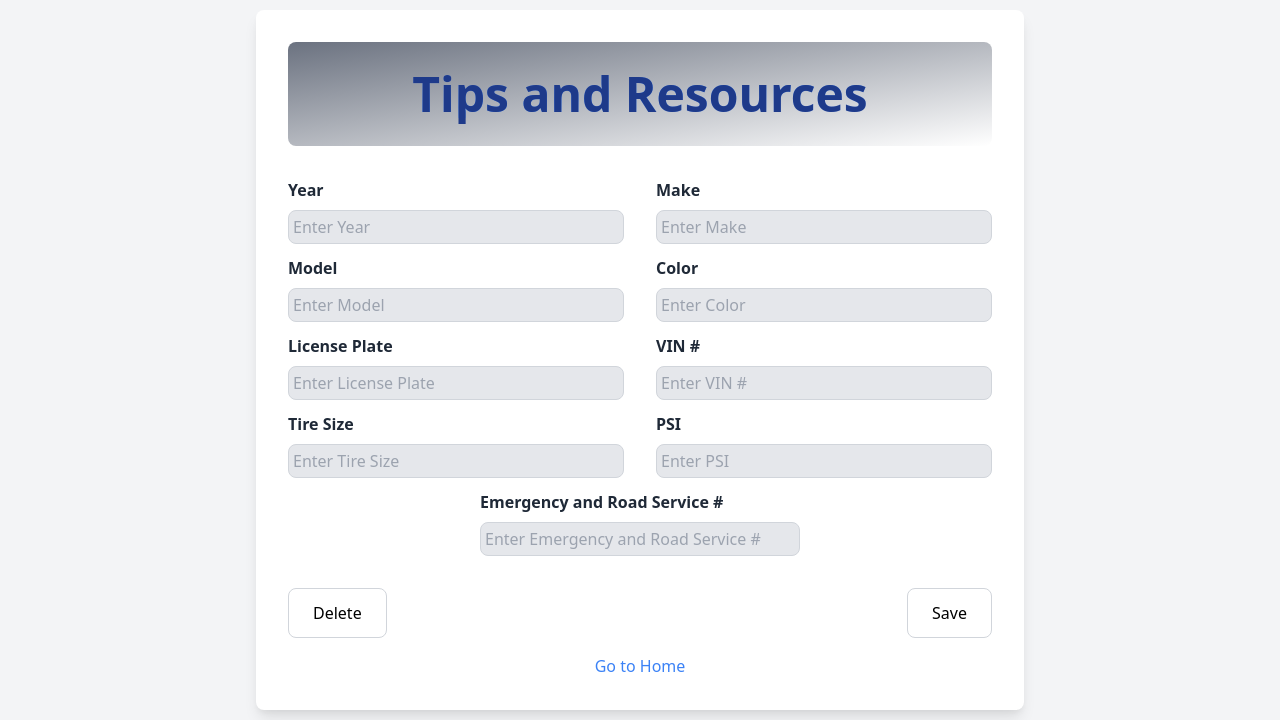
Repository: MercyB19/Russaw_Mercy_Adulting-101_Capstone
Page: Didyouknow.html
The author's editor kept a copy of each file at every save. The page is drawn from the files as they stood at one save, then again after the next save.
The browser window is 1280 px wide. The pictures show the whole page.
Some web fonts or font styles are not loaded; a fallback is used.

Above is the page before, as saved 2024-09-14 00:03:12.

After the next save:
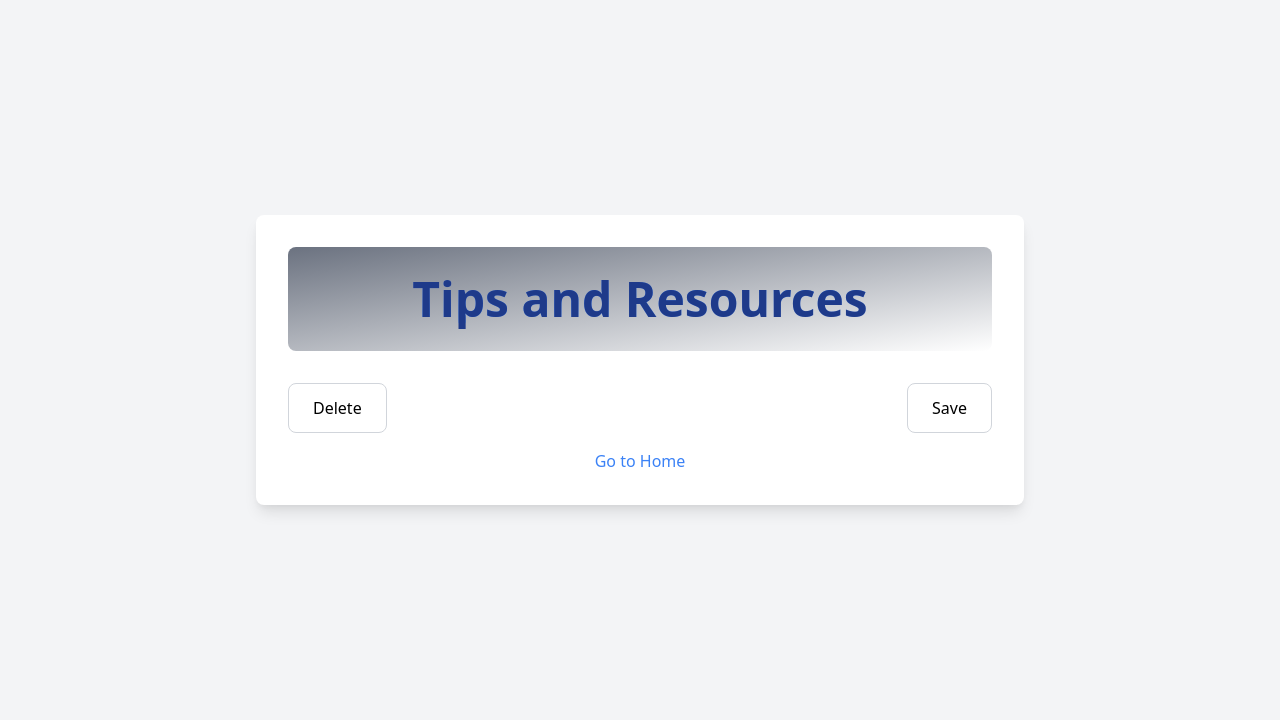
Saved 3 min 50 s later.
--- a/Didyouknow.html
+++ b/Didyouknow.html
@@ -19,50 +19,7 @@
       </div>
     </header>
     <form id="tipsandResourcesform" class="w-full flex flex-col items-center">
-      <div class="w-full flex flex-row justify-between gap-8 mb-3">
-        <div class="flex flex-col w-full md:w-[calc(50%-16px)]">
-          <label class="font-semibold text-gray-800 mb-2" for="year">Year</label>
-          <input class="p-1 bg-gray-200 border border-gray-300 rounded-lg" type="text" id="year" placeholder="Enter Year">
-        </div>
-        <div class="flex flex-col w-full md:w-[calc(50%-16px)]">
-          <label class="font-semibold text-gray-800 mb-2" for="make">Make</label>
-          <input class="p-1 bg-gray-200 border border-gray-300 rounded-lg" type="text" id="make" placeholder="Enter Make">
-        </div>
-      </div>
-      <div class="w-full flex flex-row justify-between gap-8 mb-3">
-        <div class="flex flex-col w-full md:w-[calc(50%-16px)]">
-          <label class="font-semibold text-gray-800 mb-2" for="model">Model</label>
-          <input class="p-1 bg-gray-200 border border-gray-300 rounded-lg" type="text" id="model" placeholder="Enter Model">
-        </div>
-        <div class="flex flex-col w-full md:w-[calc(50%-16px)]">
-          <label class="font-semibold text-gray-800 mb-2" for="color">Color</label>
-          <input class=" p-1 bg-gray-200 border border-gray-300 rounded-lg" type="text" id="color" placeholder="Enter Color">
-        </div>
-      </div>
-      <div class="w-full flex flex-row justify-between gap-8 mb-3">
-        <div class="flex flex-col w-full md:w-[calc(50%-16px)]">
-          <label class="font-semibold text-gray-800 mb-2" for="license-plate">License Plate</label>
-          <input class=" p-1 bg-gray-200 border border-gray-300 rounded-lg" type="text" id="license-plate" placeholder="Enter License Plate">
-        </div>
-        <div class="flex flex-col w-full md:w-[calc(50%-16px)]">
-          <label class="font-semibold text-gray-800 mb-2" for="vin">VIN #</label>
-          <input class="p-1 bg-gray-200 border border-gray-300 rounded-lg" type="text" id="vin" placeholder="Enter VIN #">
-        </div>
-      </div>
-      <div class="w-full flex flex-row justify-between gap-8 mb-3">
-        <div class="flex flex-col w-full md:w-[calc(50%-16px)]">
-          <label class="font-semibold text-gray-800 mb-2" for="tire-size">Tire Size</label>
-          <input class="p-1 bg-gray-200 border border-gray-300 rounded-lg" type="text" id="tire-size" placeholder="Enter Tire Size">
-        </div>
-        <div class="flex flex-col w-full md:w-[calc(50%-16px)]">
-          <label class="font-semibold text-gray-800 mb-2" for="psi">PSI</label>
-          <input class="p-1 bg-gray-200 border border-gray-300 rounded-lg" type="text" id="psi" placeholder="Enter PSI">
-        </div>
-      </div>
-      <div class="w-80 flex flex-col mb-8">
-        <label class="font-semibold text-gray-800 mb-2" for="emergency">Emergency and Road Service #</label>
-        <input class="p-1 bg-gray-200 border border-gray-300 rounded-lg" type="text" id="emergency" placeholder="Enter Emergency and Road Service #">
-      </div>
+
       <div class="w-full flex justify-between gap-4">
         <button type="button" id="deleteButton" class="py-3 px-6 bg-white border border-gray-300 rounded-lg hover:bg-gray-100">Delete</button>
         <button type="button" id="saveButton" class="py-3 px-6 bg-white border border-gray-300 rounded-lg hover:bg-gray-100">Save</button>
